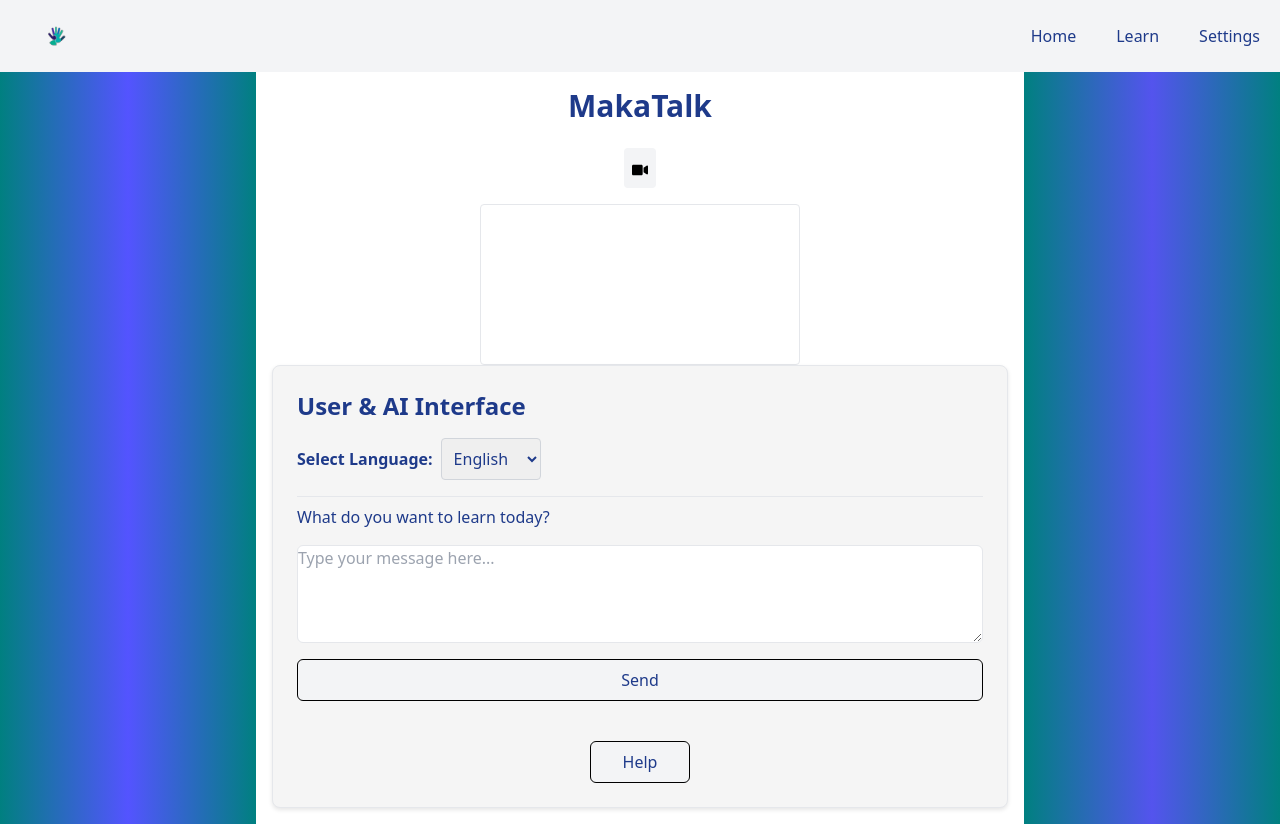
Repository: maria2469/MakaTalk
Page: /learn
These files come from the project's save history. The page is drawn as it stood at one moment and after a run of saves; the edit follows.
The browser window is 1280 px wide. The pictures show the whole page.
The project was rebuilt for these pictures with package versions that can differ from the ones it lists, and the page was loaded fresh each time. Also part of the build but not shown: vite.config.js, src/components/LandingPage/Landing.jsx.

Above is the page before, as saved 2024-10-09 14:39:24.

After the next 2 saves:
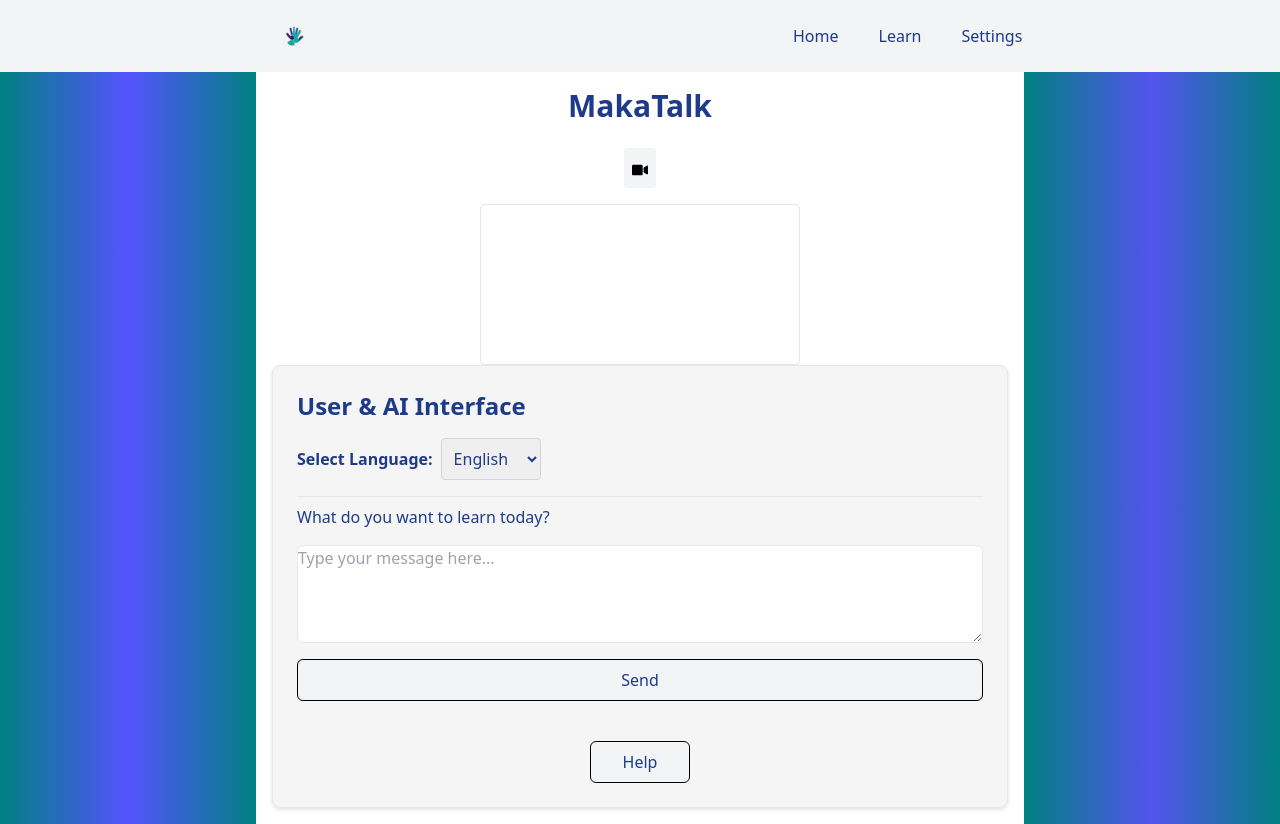
The 2 saves are shown as one change because they came seconds apart.
The last was saved 35 s later.
--- a/src/components/LandingPage/Navbar.jsx
+++ b/src/components/LandingPage/Navbar.jsx
@@ -2,7 +2,7 @@ import React from 'react';
 
 const Navbar = () => {
   return (
-    <div className="flex items-center justify-between p-3 bg-gray-100 text-blue-900">
+    <div className="flex items-center justify-around p-3 bg-gray-100 text-blue-900">
       <img src="/images/MakaTalkLogo.svg" alt="Logo" className="h-12 w-auto ml-5 justify-center" /> {/* Logo aligned to the extreme left */}
       <div className="flex space-x-10 mr-2 justify-center">
         <p className="cursor-pointer hover:text-black">Home</p>
